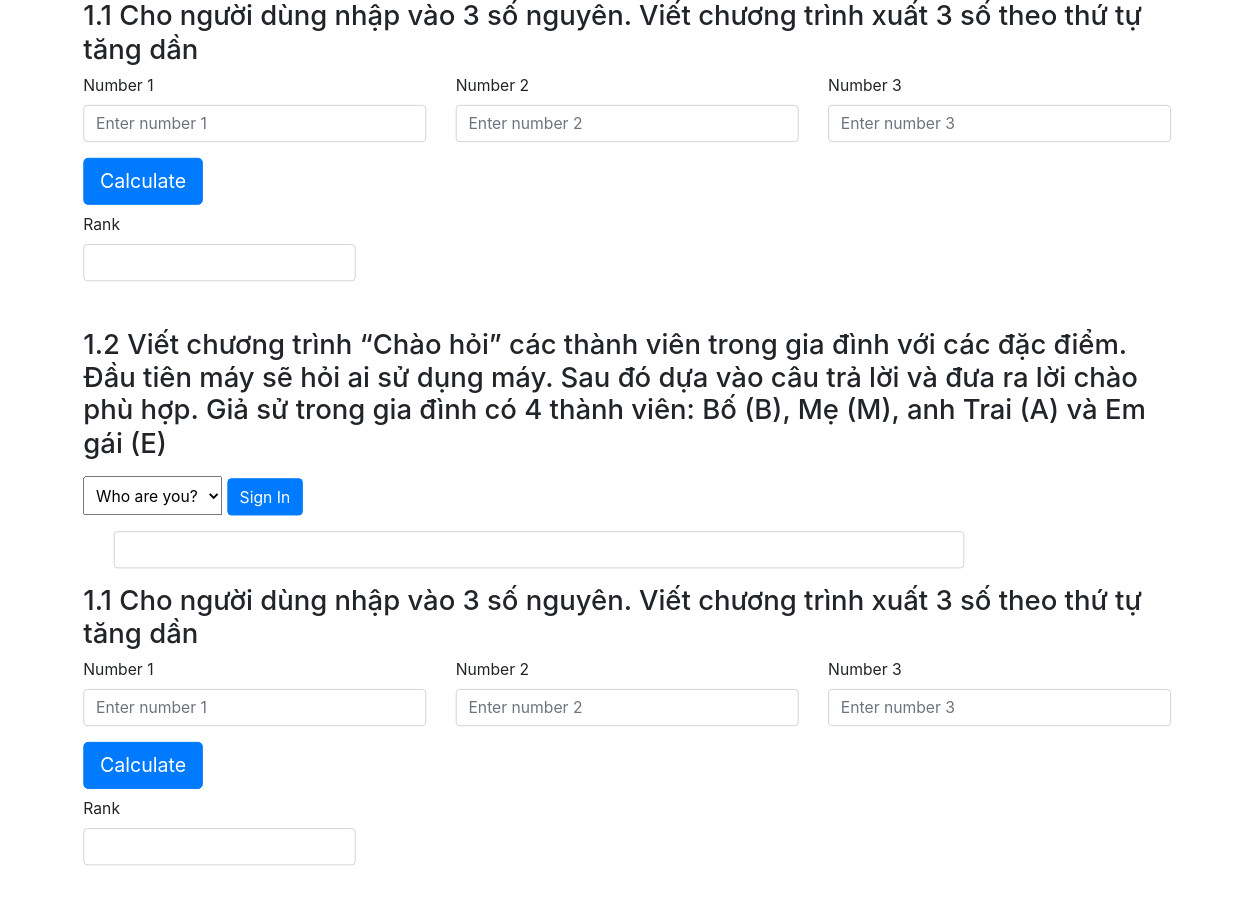
Repository: baobaodeveloper/bootscamp21__jsbasic__HuynhAnhBao
Page: index.html
An editor plug-in stored every save of this project. The page is shown before and after the next save, followed by the edit.
The browser window is 1280 px wide. The pictures show the whole page, at 98% of full size.

Above is the page before, as saved 2022-03-10 18:45:40.

After the next save:
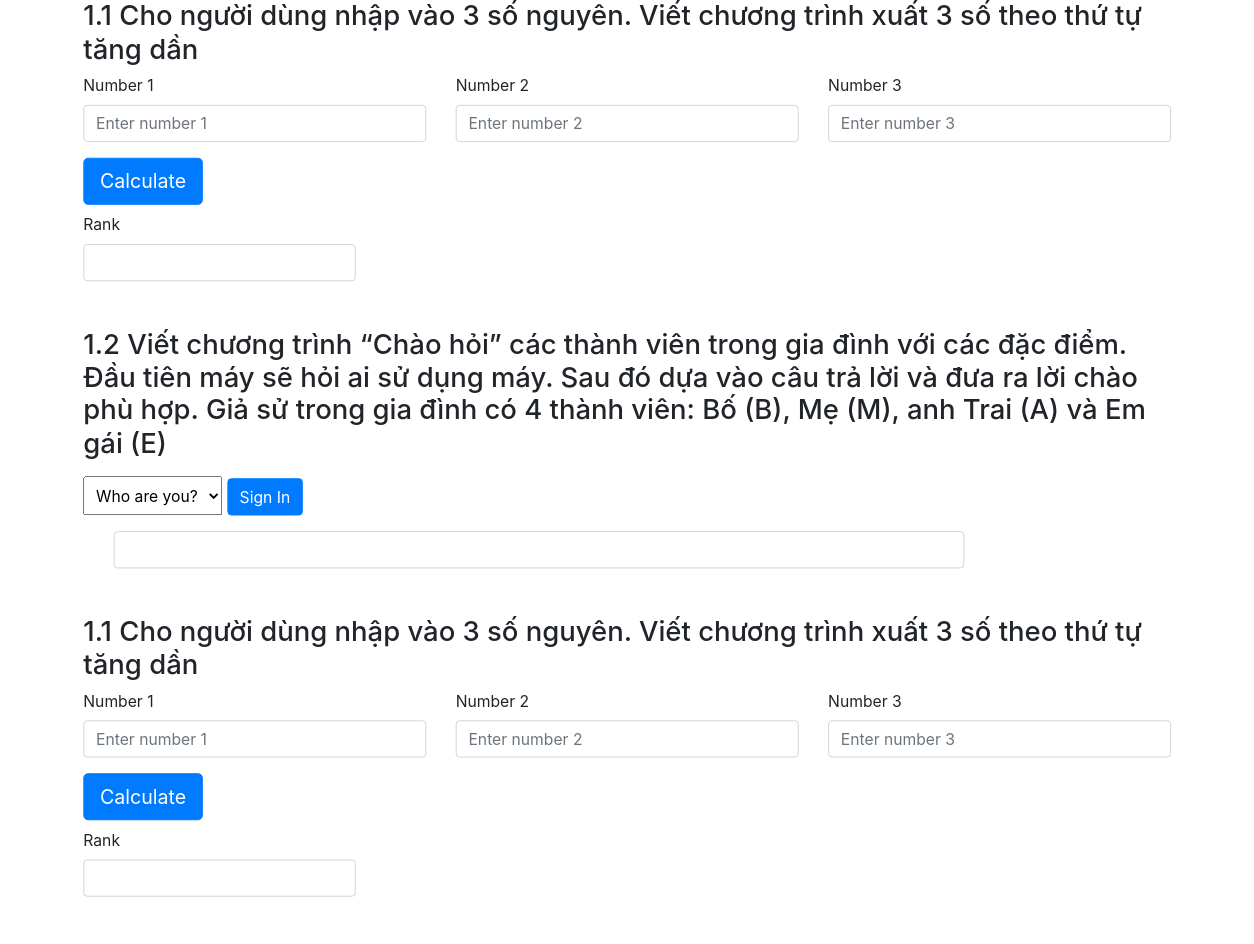
Saved 35 s later.
--- a/index.html
+++ b/index.html
@@ -65,7 +65,7 @@
     <!-- Viết chương trình “Chào hỏi” các thành viên trong gia đình với các đặc điểm. Đầu tiên máy
     sẽ hỏi ai sử dụng máy. Sau đó dựa vào câu trả lời và đưa ra lời chào phù hợp. Giả sử trong
     gia đình có 4 thành viên: Bố (B), Mẹ (M), anh Trai (A) và Em gái (E) -->
-    <div class="container">
+    <div class="container mb-xl-5">
       <h3 class="mb-3">
         1.2 Viết chương trình “Chào hỏi” các thành viên trong gia đình với các
         đặc điểm. Đầu tiên máy sẽ hỏi ai sử dụng máy. Sau đó dựa vào câu trả lời
